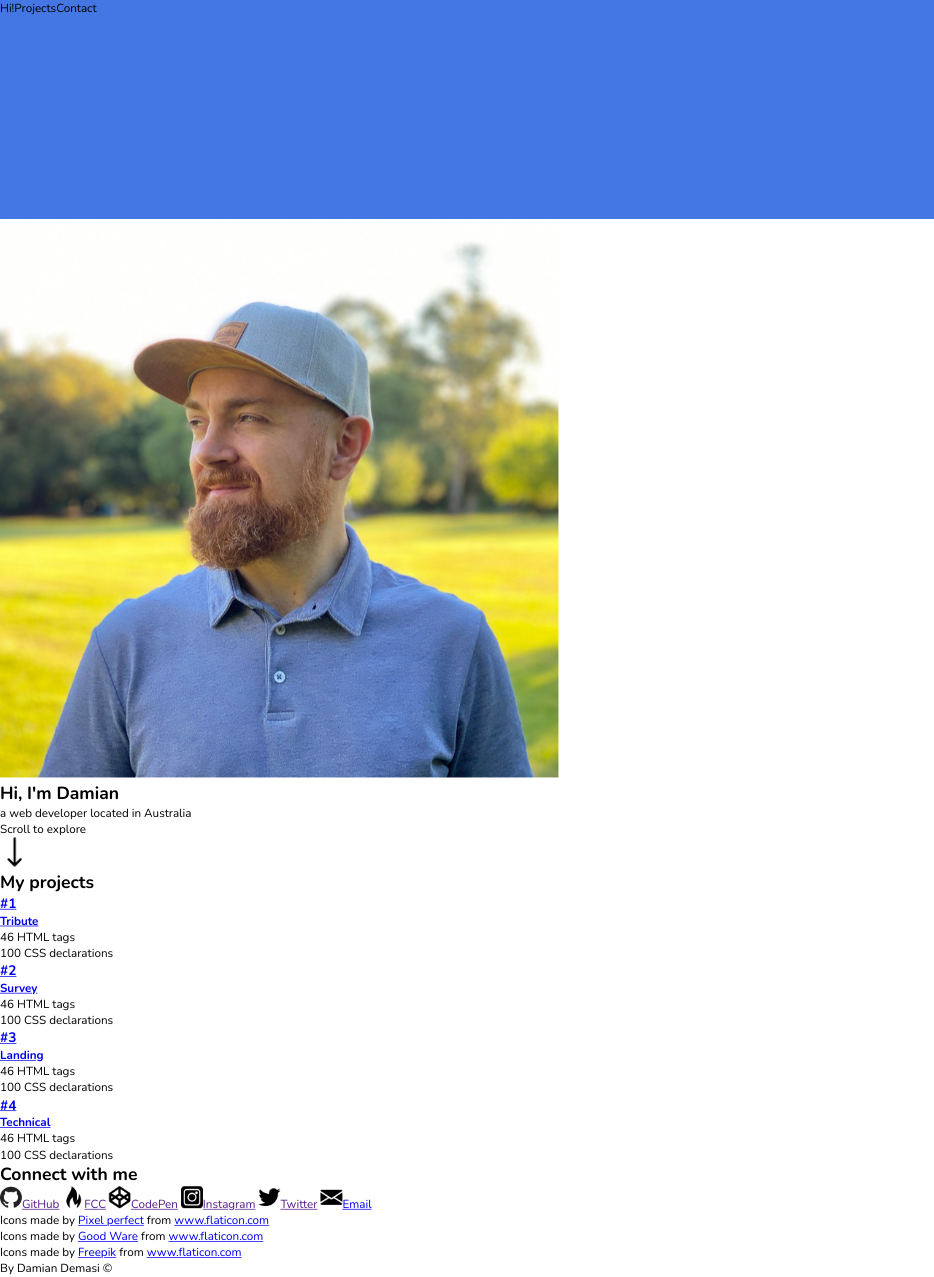
Repository: Colo-Codes/freecodecamp-05-Personal-Portfolio-Webpage
Page: index.html
An editor plug-in stored every save of this project. The page is shown before and after the next save, followed by the edit.
The browser window is 1280 px wide. The pictures show the whole page, at 73% of full size.

Above is the page before, as saved 2021-06-03 11:05:39.

After the next save:
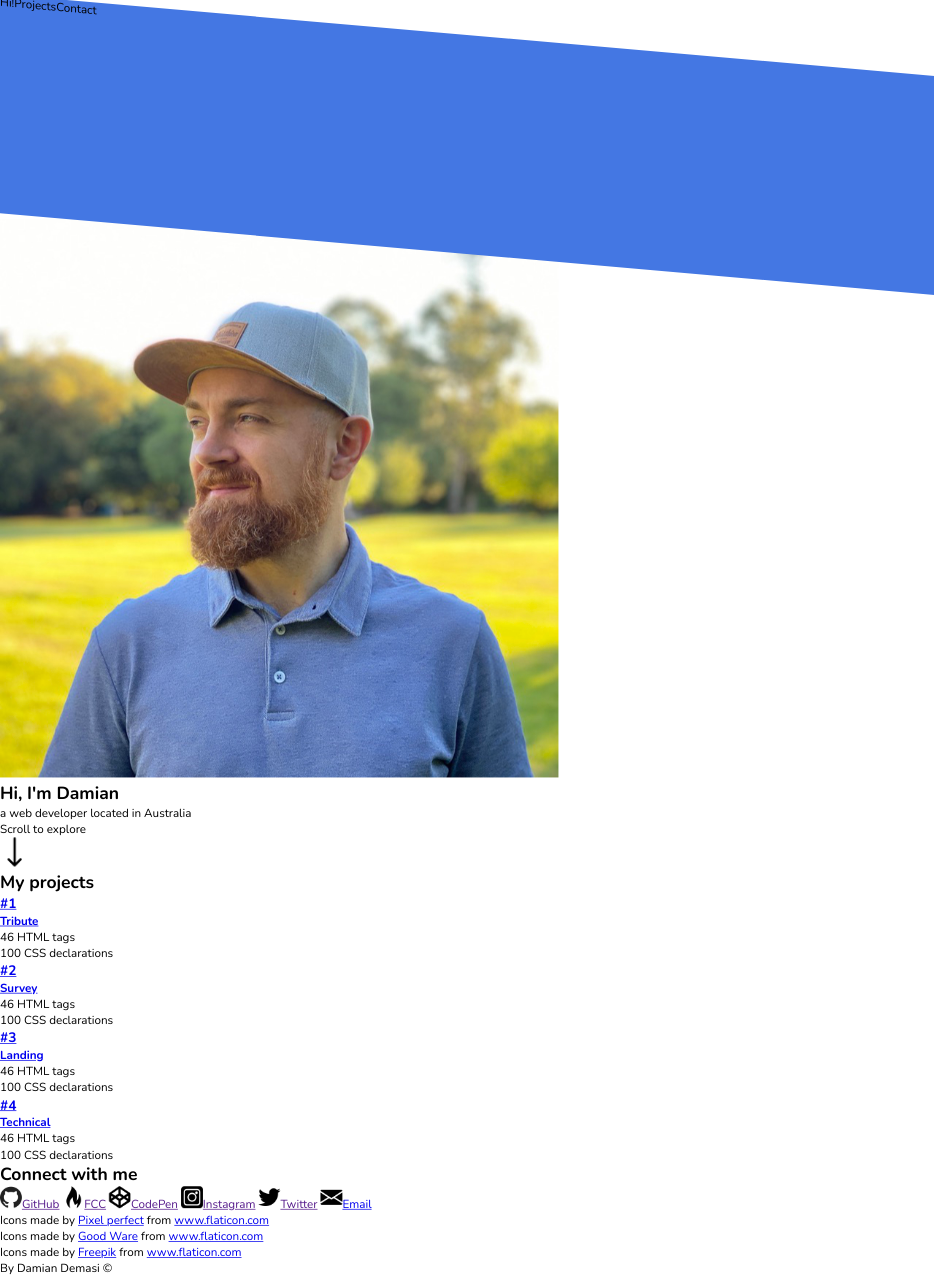
Saved 91 s later.
--- a/css/index.css
+++ b/css/index.css
@@ -31,7 +31,7 @@ body {
     /* 1rem = 16px -> 18.75rem = 300px */
     height: 18.75rem;
     width: 100%;
-    transform: skewY(5deg), translateY(3rem);
+    transform: skewY(5deg) translateY(3rem);
 }
 .navbar-flex-item {
     list-style: none;
